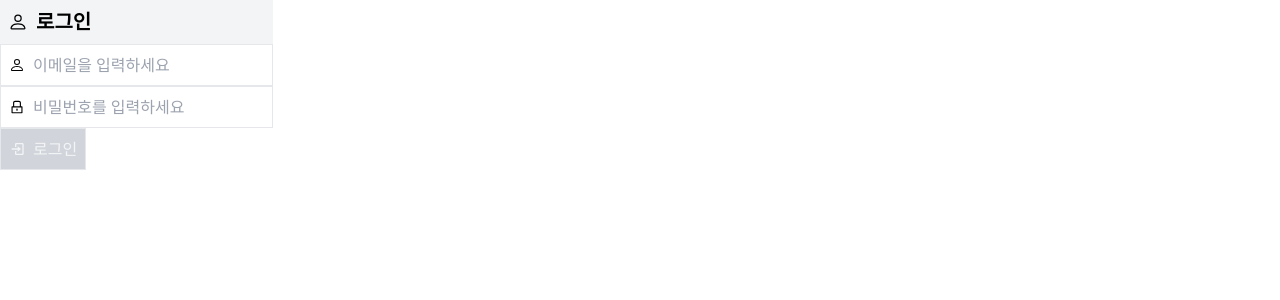
Repository: wanted-pre-onboarding-4/pre-onboarding-assignment-week-4-1-team-4
Page: /login (app in client/)
The author's editor kept a copy of each file at every save. The page is drawn from the files as they stood at one save, then again after the next save.
The browser window is 1280 px wide. The pictures show the whole page.
The project was rebuilt for these pictures with package versions that can differ from the ones it lists, and the page was loaded fresh each time. Also part of the build but not shown: client/src/components/Footer.jsx, client/src/components/Header.jsx, client/src/components/Sider.jsx, client/src/components/Layout.jsx.

Above is the page before, as saved 2022-09-20 21:10:54.

After the next save:
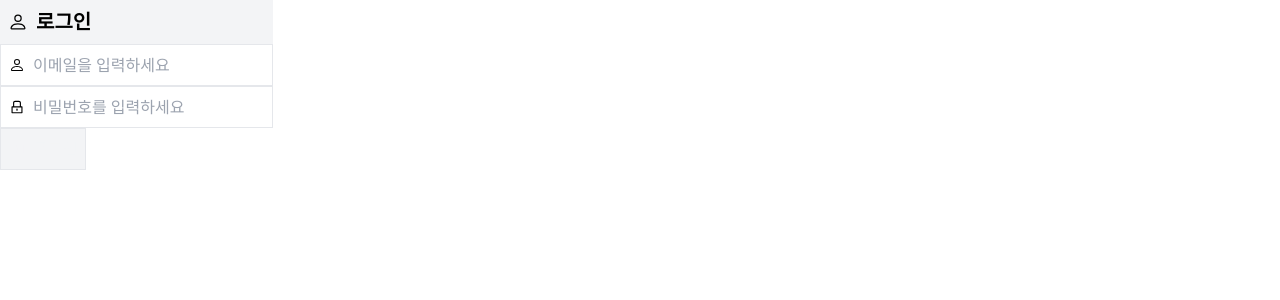
Saved 11 s later.
--- a/client/src/pages/login/Login.jsx
+++ b/client/src/pages/login/Login.jsx
@@ -19,7 +19,7 @@ const Login = () => {
           <AiOutlineLock />
           <input type="password" placeholder="비밀번호를 입력하세요" />
         </label>
-        <button className='flex items-center space-x-2 border-solid border-[1px] p-2 disabled:text-gray-100 disabled:bg-gray-300' disabled={true}><BiLogIn/><span>로그인</span></button>
+        <button className='flex items-center space-x-2 border-solid border-[1px] p-2 disabled:text-gray-100 disabled:bg-gray-100' disabled={true}><BiLogIn/><span>로그인</span></button>
       </form>
     </div>
   );
